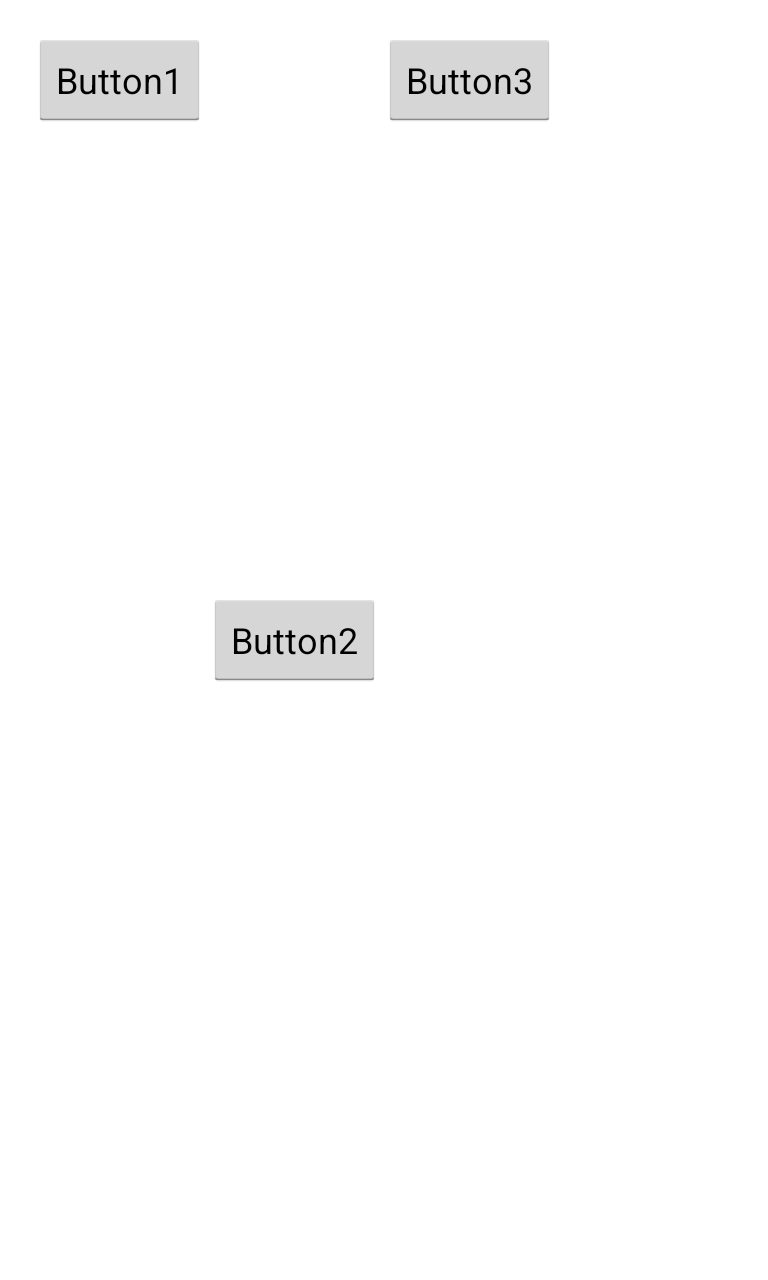
Repository: jinpp/Android
Layout: UILayoutTest/res/layout/activity_main.xml
An editor plug-in stored every save of this project. The layout is shown before and after the next save, followed by the edit.
It is drawn on a 768 x 1280 px phone screen (xhdpi) without system bars, with theme AppTheme; the app's code is not run.

Above is the layout before, as saved 2016-11-16 06:35:13.

After the next save:
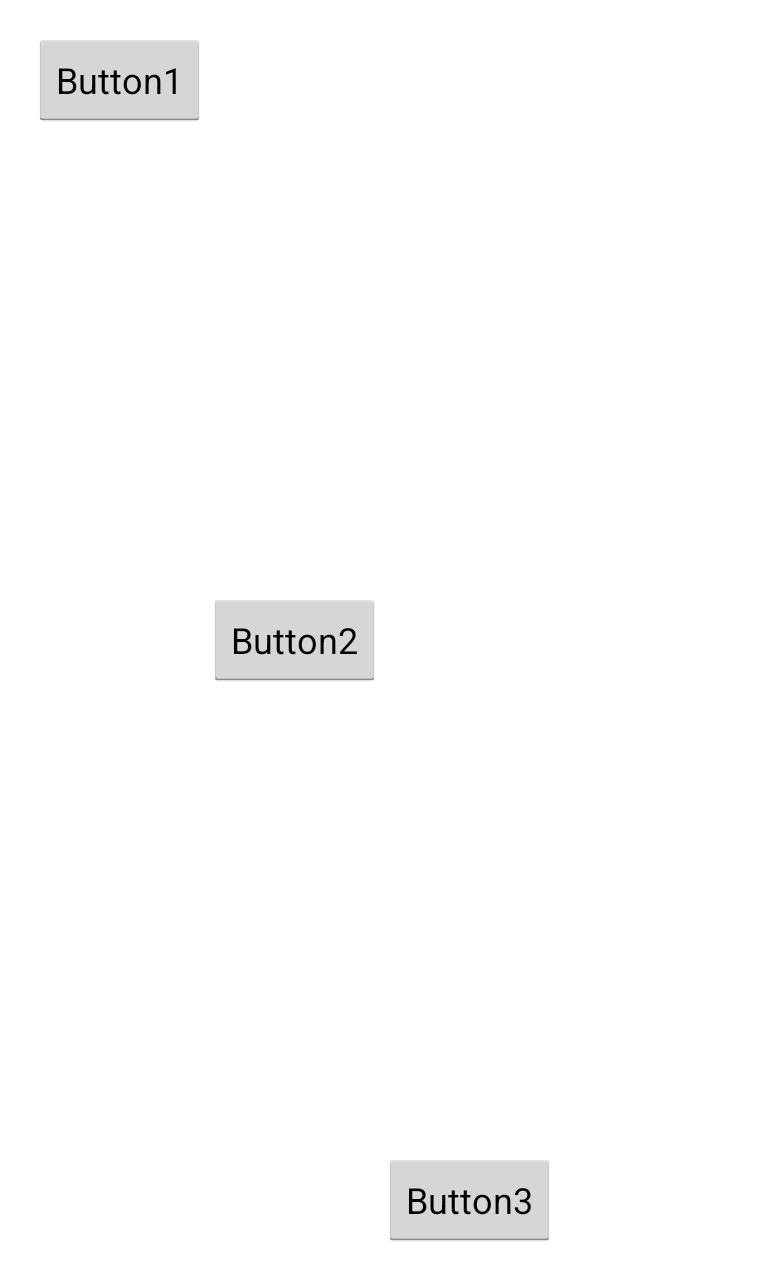
Saved 13 s later.
--- a/UILayoutTest/res/layout/activity_main.xml
+++ b/UILayoutTest/res/layout/activity_main.xml
@@ -27,6 +27,7 @@
         android:id="@+id/button3"
         android:layout_width="wrap_content"
         android:layout_height="wrap_content"
+        android:layout_gravity="bottom"
         android:text="Button3" />
 
 </LinearLayout>
